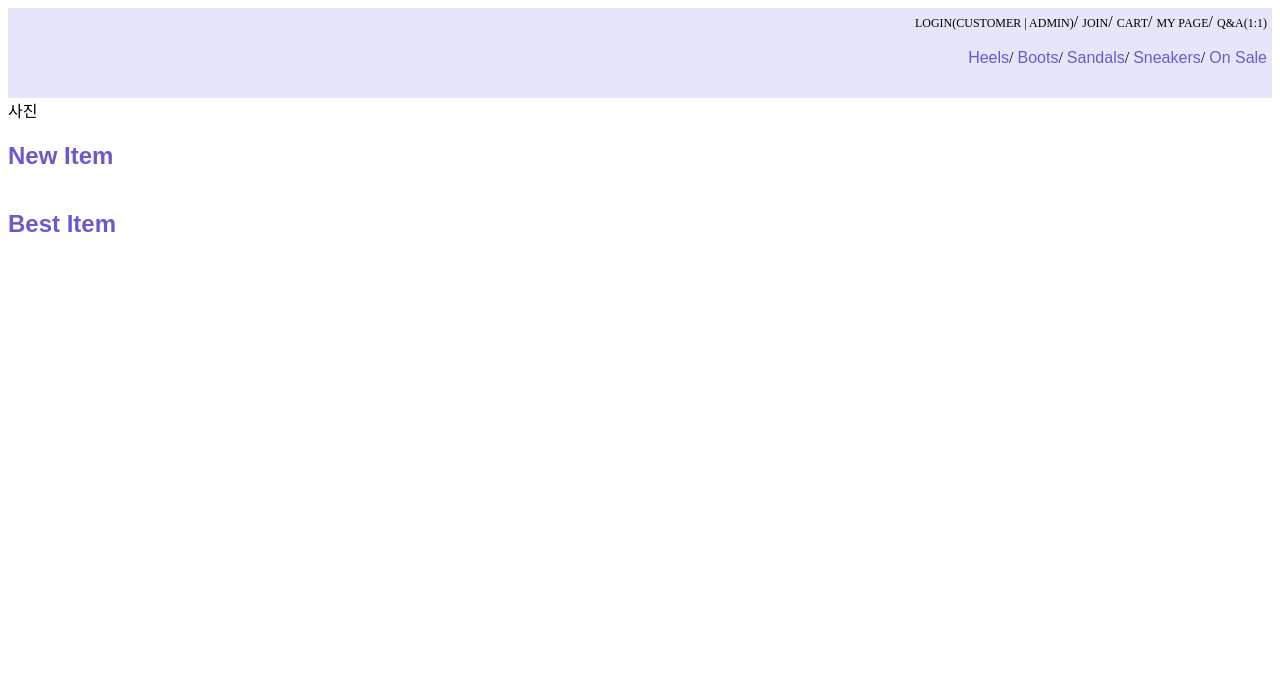
Repository: taeeun2/java_web
Page: http://localhost/webapp/Shopingmall/member/index.jsp
The author's editor kept a copy of each file at every save. The page is drawn from the files as they stood at one save, then again after the next save.
The browser window is 1280 px wide. The pictures show the whole page.
Some web fonts or font styles are not loaded; a fallback is used. The page is served by Tomcat 9.

Above is the page before, as saved 2021-09-30 07:59:14.

After the next save:
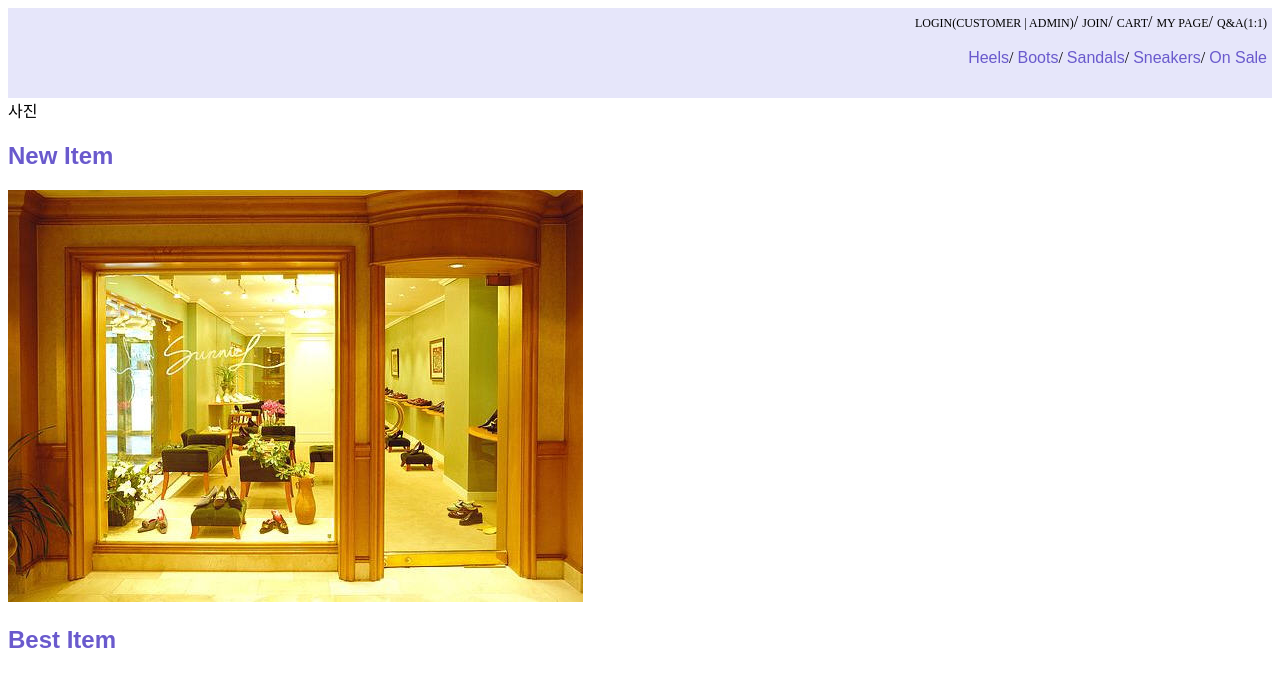
Saved 43 s later.
--- a/webapp/WebContent/Shopingmall/member/index.jsp
+++ b/webapp/WebContent/Shopingmall/member/index.jsp
@@ -31,6 +31,8 @@
 			</c:forEach>
 			</table>
 
+			<img src = "../product_images/w-00.jpg">
+
 </div>
 <div>
 <h2>Best Item</h2>
